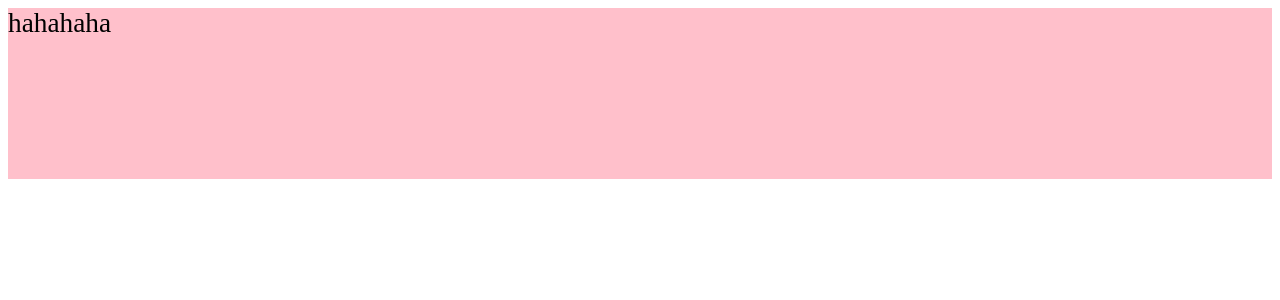
Repository: LumiereXyloto/javascript-data-structure
Page: 实现指定效果/rem.html
The author's editor kept a copy of each file at every save. The page is drawn from the files as they stood at one save, then again after the next save.
The browser window is 1280 px wide. The pictures show the whole page.

Above is the page before, as saved 2020-02-25 00:58:40.

### 实现指定效果/rem.html
<!DOCTYPE html>
<html lang="en">
<head>
  <meta charset="UTF-8">
  <meta name='viewport' content='width=device-width,initial-scale=1,user-scale=no' />
  <title>Document</title>
  <style>
    .myDiv {
      width: 100%;
      height: 2rem;
      font-size: .32rem;
      background-color: pink;
    }
  </style>
</head>
<body>
  <div class="myDiv">hahahaha</div>
  <script>
    // 假设设计图 750px，1rem 就是设计图中的 50px
    function changeRootFontSize() {
      document.documentElement.style.fontSize = document.documentElement.clientWidth / 15 + 'px';
    }
    window.addEventListener('resize', changeRootFontSize)
    changeRootFontSize()
  </script>
</body>
</html>

After the next save:
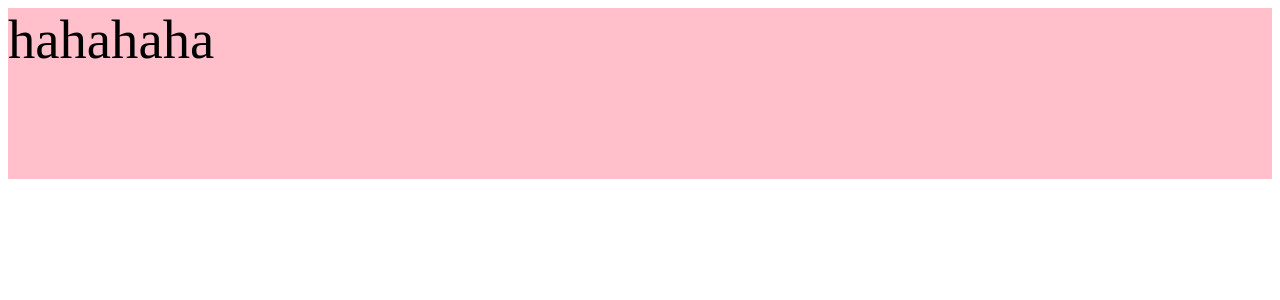
Saved 51 s later.
--- a/实现指定效果/rem.html
+++ b/实现指定效果/rem.html
@@ -8,7 +8,7 @@
     .myDiv {
       width: 100%;
       height: 2rem;
-      font-size: .32rem;
+      font-size: .64rem;
       background-color: pink;
     }
   </style>
